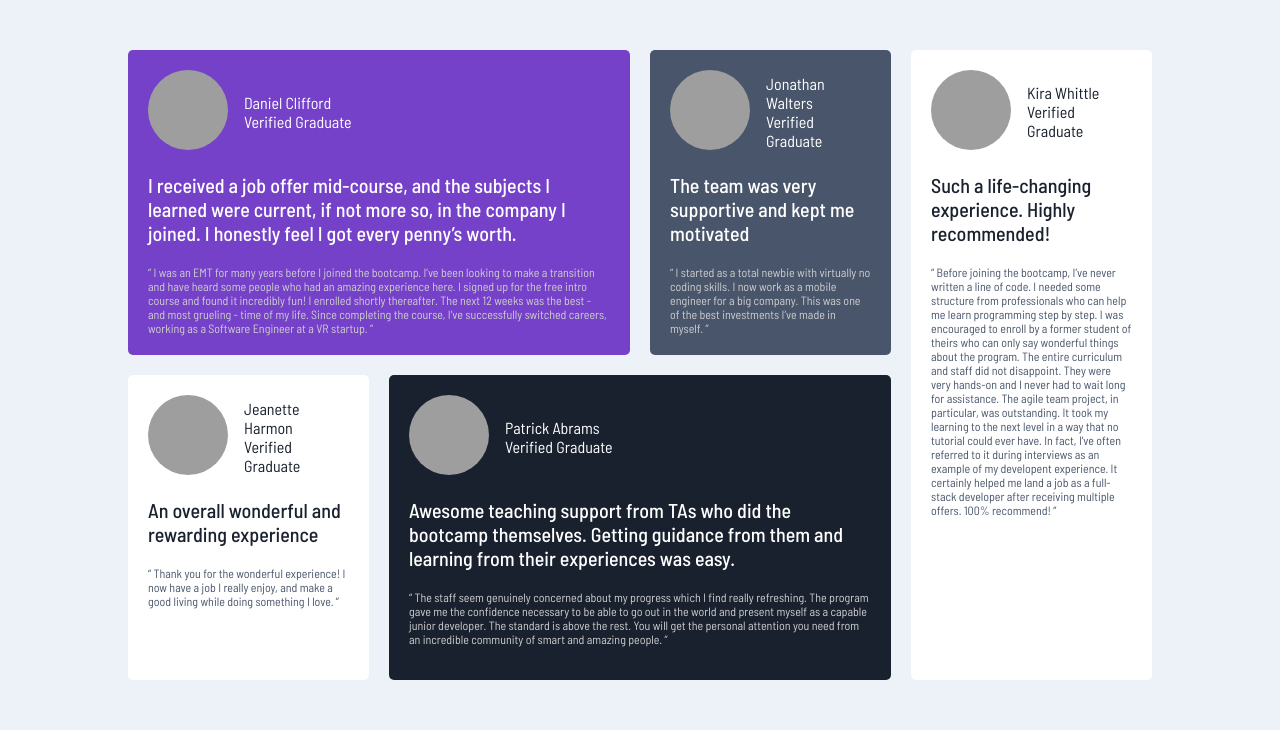
Repository: nptg3105/lab02-testimonials-grid
Page: index.html
The author's editor kept a copy of each file at every save. The page is drawn from the files as they stood at one save, then again after the next save.
The browser window is 1280 px wide. The pictures show the whole page.
Pictures or frames that could not be fetched are drawn as grey boxes. The style sheet was rebuilt from its Sass, Less or Tailwind sources for each picture, by a compiler version that may differ from the author's.

Above is the page before, as saved 2021-12-08 05:59:58.

### index.html
<!DOCTYPE html>
<html lang="en">
  <head>
    <meta charset="UTF-8" />
    <meta http-equiv="X-UA-Compatible" content="IE=edge" />
    <meta name="viewport" content="width=device-width, initial-scale=1.0" />
    <title>Lab02 - Testimonials</title>
    <link rel="stylesheet" href="style.css" />
    <link
      href="https://fonts.googleapis.com/css2?family=Barlow+Semi+Condensed:wght@400;500;700&display=swap"
      rel="stylesheet"
    />
  </head>
  <body>
    <div class="container">
      <div class="testimonials">
        <div class="testimonials__item testimonials__item--violet">
          <div class="author">
            <div class="author__avatar">
              <img
                src="https://images.unsplash.com/photo-1570295999919-56ceb5ecca61?ixlib=rb-1.2.1&ixid=MnwxMjA3fDB8MHxzZWFyY2h8OHx8bWFufGVufDB8fDB8fA%3D%3D&auto=format&fit=crop&w=500&q=60"
                alt=""
              />
            </div>
            <div class="author__name">
              Daniel Clifford <br />
              Verified Graduate
            </div>
          </div>
          <div class="testimonials__heading">
            I received a job offer mid-course, and the subjects I learned were
            current, if not more so, in the company I joined. I honestly feel I
            got every penny’s worth.
          </div>
          <div class="testimonials__desc">
            “ I was an EMT for many years before I joined the bootcamp. I’ve
            been looking to make a transition and have heard some people who had
            an amazing experience here. I signed up for the free intro course
            and found it incredibly fun! I enrolled shortly thereafter. The next
            12 weeks was the best - and most grueling - time of my life. Since
            completing the course, I’ve successfully switched careers, working
            as a Software Engineer at a VR startup. ”
          </div>
        </div>
        <div class="testimonials__item testimonials__item--grey">
          <div class="author">
            <div class="author__avatar">
              <img
                src="https://images.unsplash.com/photo-1570295999919-56ceb5ecca61?ixlib=rb-1.2.1&ixid=MnwxMjA3fDB8MHxzZWFyY2h8OHx8bWFufGVufDB8fDB8fA%3D%3D&auto=format&fit=crop&w=500&q=60"
                alt=""
              />
            </div>
            <div class="author__name">
              Jonathan Walters <br />
              Verified Graduate
            </div>
          </div>
          <div class="testimonials__heading">
            The team was very supportive and kept me motivated
          </div>
          <div class="testimonials__desc">
            “ I started as a total newbie with virtually no coding skills. I now
            work as a mobile engineer for a big company. This was one of the
            best investments I’ve made in myself. ”
          </div>
        </div>
        <div class="testimonials__item testimonials__item--tall">
          <div class="author">
            <div class="author__avatar">
              <img
                src="https://images.unsplash.com/photo-1570295999919-56ceb5ecca61?ixlib=rb-1.2.1&ixid=MnwxMjA3fDB8MHxzZWFyY2h8OHx8bWFufGVufDB8fDB8fA%3D%3D&auto=format&fit=crop&w=500&q=60"
                alt=""
              />
            </div>
            <div class="author__name author__name--black">
              Kira Whittle <br />
              Verified Graduate
            </div>
          </div>
          <div class="testimonials__heading testimonials__heading--black">
            Such a life-changing experience. Highly recommended!
          </div>
          <div class="testimonials__desc testimonials__desc--grey">
            “ Before joining the bootcamp, I’ve never written a line of code. I
            needed some structure from professionals who can help me learn
            programming step by step. I was encouraged to enroll by a former
            student of theirs who can only say wonderful things about the
            program. The entire curriculum and staff did not disappoint. They
            were very hands-on and I never had to wait long for assistance. The
            agile team project, in particular, was outstanding. It took my
            learning to the next level in a way that no tutorial could ever
            have. In fact, I’ve often referred to it during interviews as an
            example of my developent experience. It certainly helped me land a
            job as a full-stack developer after receiving multiple offers. 100%
            recommend! ”
          </div>
        </div>
        <div class="testimonials__item testimonials__item--white">
          <div class="author">
            <div class="author__avatar">
              <img
                src="https://images.unsplash.com/photo-1570295999919-56ceb5ecca61?ixlib=rb-1.2.1&ixid=MnwxMjA3fDB8MHxzZWFyY2h8OHx8bWFufGVufDB8fDB8fA%3D%3D&auto=format&fit=crop&w=500&q=60"
                alt=""
              />
            </div>
            <div class="author__name author__name--black">
              Jeanette Harmon <br />
              Verified Graduate
            </div>
          </div>
          <div class="testimonials__heading testimonials__heading--black">
            An overall wonderful and rewarding experience
          </div>
          <div class="testimonials__desc testimonials__desc--grey">
            “ Thank you for the wonderful experience! I now have a job I really
            enjoy, and make a good living while doing something I love. ”
          </div>
        </div>
        <div class="testimonials__item testimonials__item--black">
          <div class="author">
            <div class="author__avatar">
              <img
                src="https://images.unsplash.com/photo-1570295999919-56ceb5ecca61?ixlib=rb-1.2.1&ixid=MnwxMjA3fDB8MHxzZWFyY2h8OHx8bWFufGVufDB8fDB8fA%3D%3D&auto=format&fit=crop&w=500&q=60"
                alt=""
              />
            </div>
            <div class="author__name">
              Patrick Abrams <br />
              Verified Graduate
            </div>
          </div>
          <div class="testimonials__heading">
            Awesome teaching support from TAs who did the bootcamp themselves.
            Getting guidance from them and learning from their experiences was
            easy.
          </div>
          <div class="testimonials__desc">
            “ The staff seem genuinely concerned about my progress which I find
            really refreshing. The program gave me the confidence necessary to
            be able to go out in the world and present myself as a capable
            junior developer. The standard is above the rest. You will get the
            personal attention you need from an incredible community of smart
            and amazing people. ”
          </div>
        </div>
      </div>
    </div>
  </body>
</html>

### style.scss
$font-main:'Barlow Semi Condensed',
sans-serif;
$violet-color:#7541c8;
$grey-color: #48556a;
$light-grey-color: #cfcfcf;
$white-color: #fff;
$bg-color: #ecf2f8;
$black-color: #19212e;

* {
    box-sizing: border-box;
    margin: 0;
    padding: 0;
}

body {
    background-color: $bg-color;
}

.container {
    max-width: 1024px;
    margin: 50px auto;

}

.testimonials {
    font-family: $font-main;
    display: grid;
    gap: 20px;
    grid-template-columns: repeat(4, 1fr);
    grid-template-rows: repeat(2, 1fr);
    grid-template-areas: "violet-area violet-area grey-area white-tall-area"
        "white-area black-area black-area white-tall-area";
    color: $white-color;

    &__item {
        border-radius: 5px;
        padding: 20px;

        &--violet {
            background-color: $violet-color;
            grid-area: violet-area;
        }

        &--grey {
            background-color: $grey-color;
            grid-area: grey-area;
        }

        &--tall {
            background-color: $white-color;
            grid-area: white-tall-area;

        }

        &--white {
            background-color: $white-color;
            grid-area: white-area;
        }

        &--black {
            background-color: $black-color;
            grid-area: black-area;
        }
    }

    &__heading {
        margin: 20px 0;
        font-size: 20px;
        font-weight: 500;
    }

    &__heading--black {
        color: $black-color;
    }

    &__desc {
        font-size: 12px;
        color: $light-grey-color;
    }

    &__desc--grey {
        color: $grey-color;
    }
}

.author {
    display: flex;
    align-items: center;

    &__name--black {
        color: $black-color;
    }

    &__avatar {
        margin-right: 16px;

        img {
            object-fit: cover;
            width: 80px;
            height: 80px;
            border-radius: 50%;

        }
    }

}

After the next save:
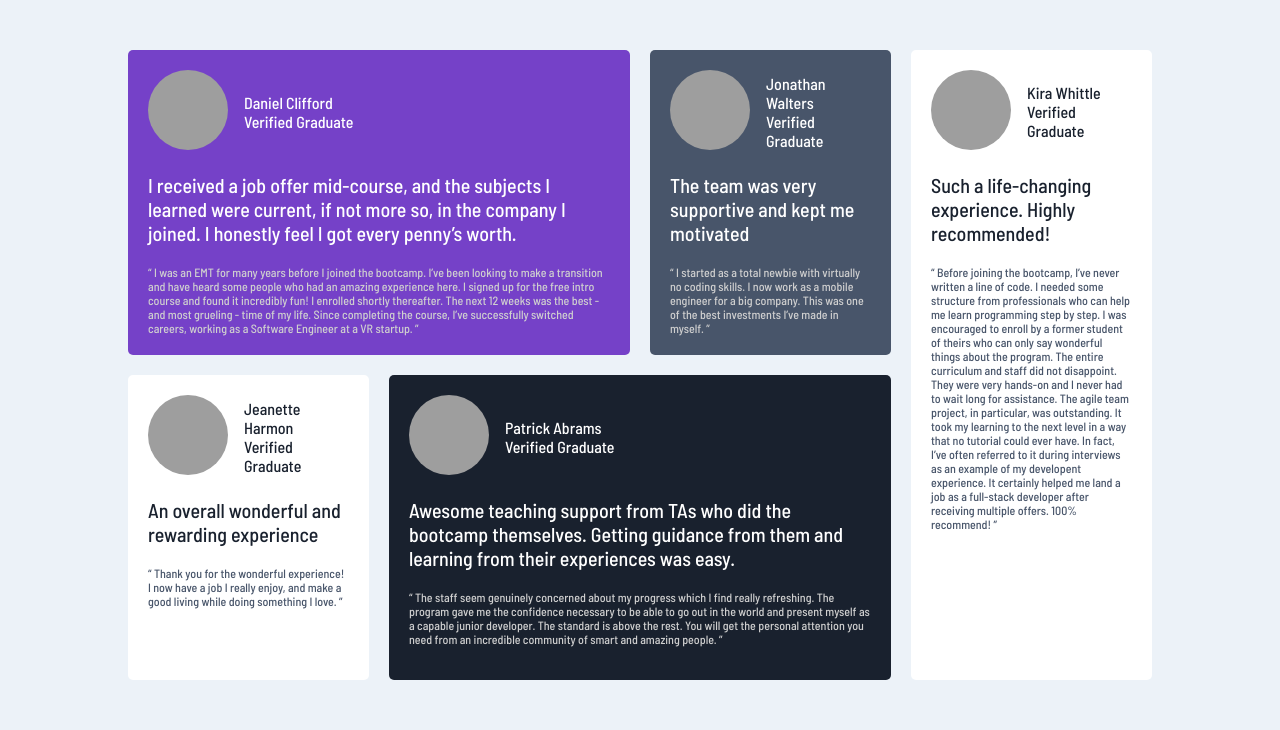
Saved 9 s later.
--- a/style.scss
+++ b/style.scss
@@ -15,6 +15,8 @@ $black-color: #19212e;
 
 body {
     background-color: $bg-color;
+    font-weight: 500;
+
 }
 
 .container {
@@ -67,7 +69,6 @@ body {
     &__heading {
         margin: 20px 0;
         font-size: 20px;
-        font-weight: 500;
     }
 
     &__heading--black {
